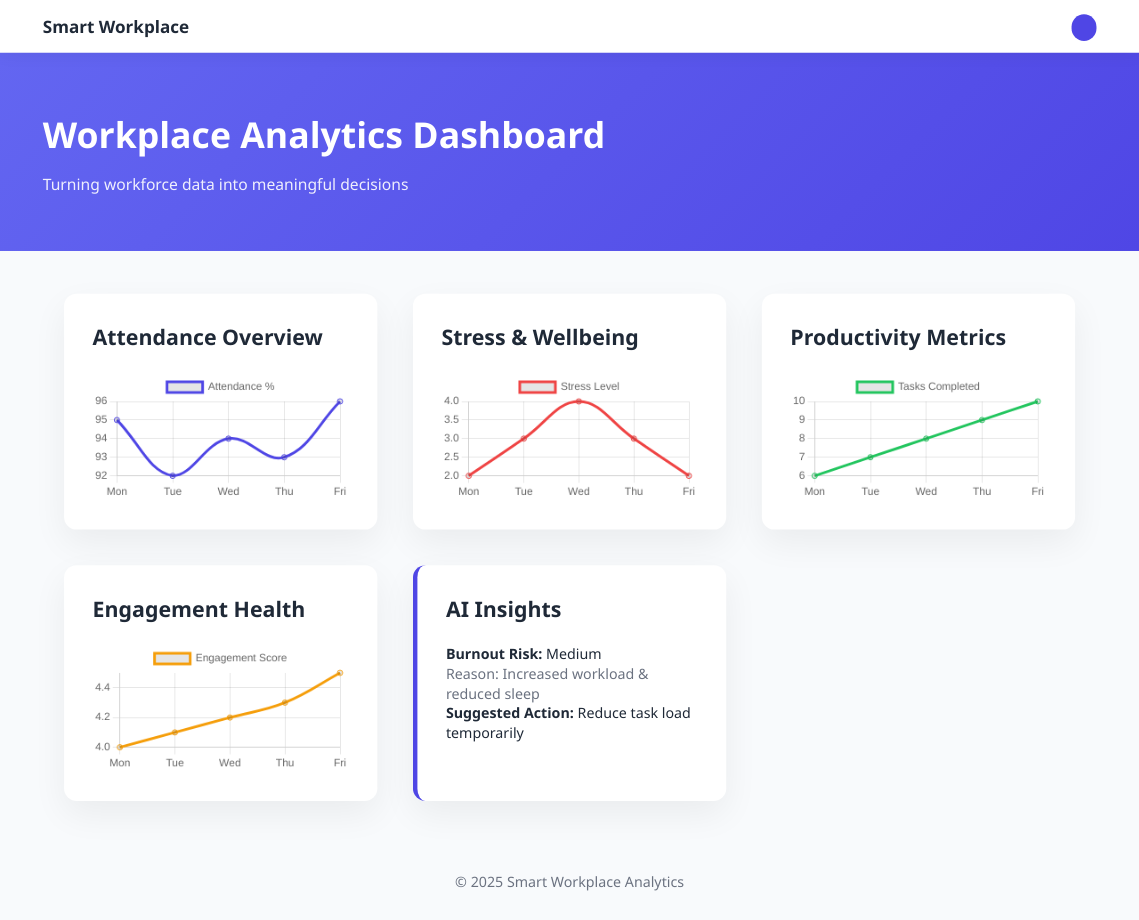
Repository: PratapOP/smart-workplace-analytics
Page: index.html
These files come from the project's save history. The page is drawn as it stood at one moment and after a run of saves; the edit follows.
The browser window is 1280 px wide. The pictures show the whole page, at 89% of full size.

Above is the page before, as saved 2025-12-29 22:44:44.
Console error: ReferenceError: currentUser is not defined

After the next 4 saves:
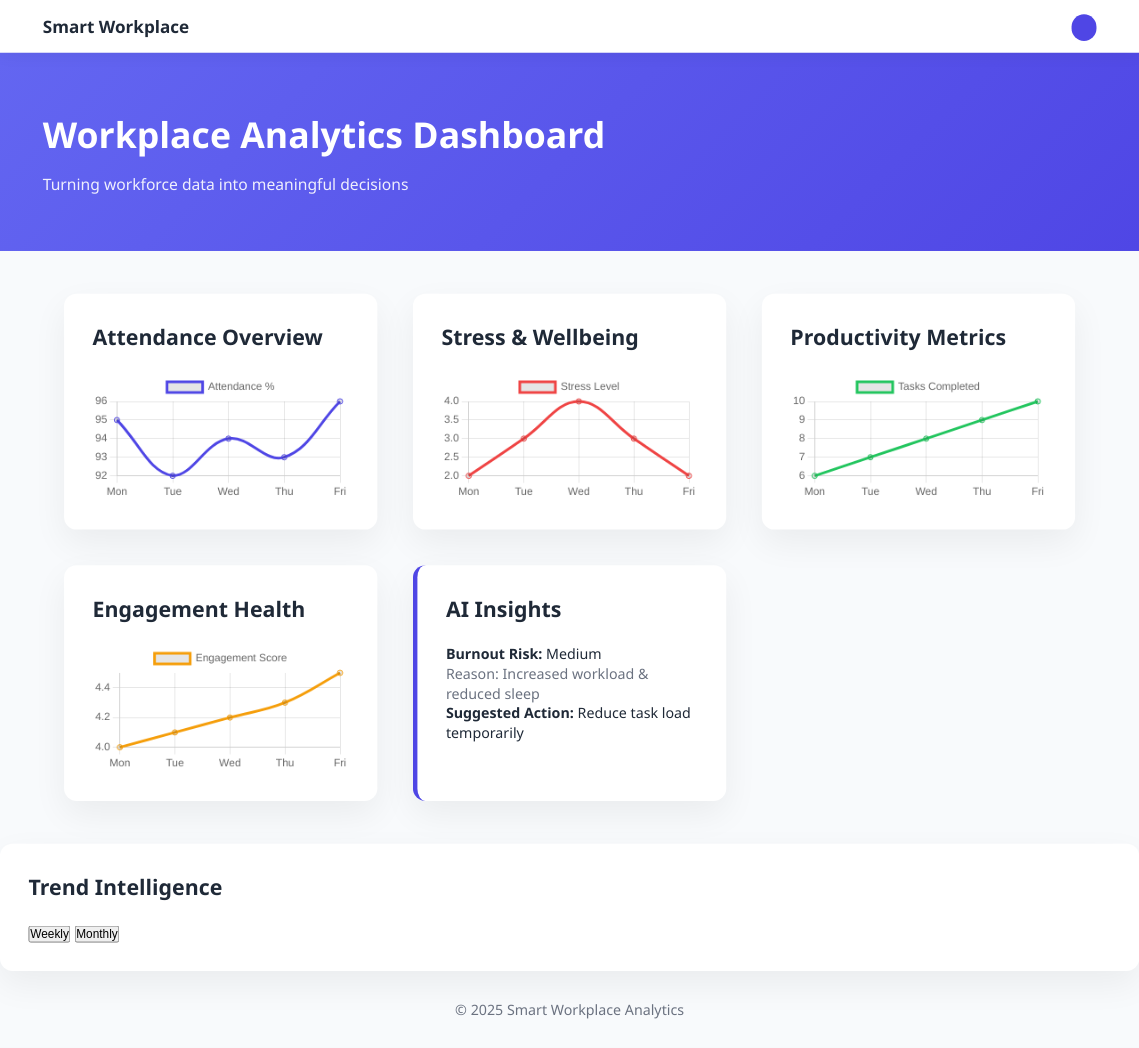
The 4 saves are shown as one change because they came seconds apart.
The last was saved 61 s later.
--- a/index.html
+++ b/index.html
@@ -65,6 +65,20 @@
 
     </main>
 
+    <!-- TREND INTELLIGENCE -->
+<section class="card trend-card" data-role="HR MANAGER">
+  <div class="trend-header">
+    <h2>Trend Intelligence</h2>
+    <div class="trend-toggle">
+      <button class="trend-btn active" data-period="weekly">Weekly</button>
+      <button class="trend-btn" data-period="monthly">Monthly</button>
+    </div>
+  </div>
+
+  <div id="trendInsights" class="trend-insights"></div>
+</section>
+
+
     <!-- CONSENT MODAL -->
     <div id="consentOverlay" class="consent-overlay hidden">
     <div class="consent-modal">
